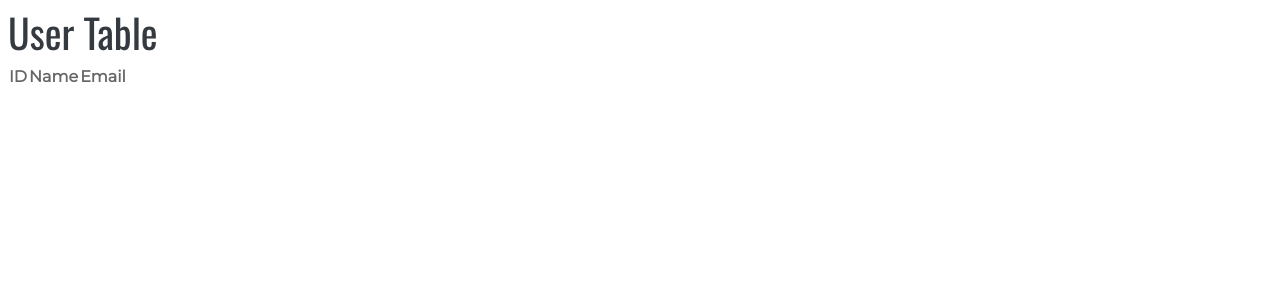
Repository: Arouja/frontgym
Page: /users
The author's editor kept a copy of each file at every save. The page is drawn from the files as they stood at one save, then again after the next save.
The browser window is 1280 px wide. The pictures show the whole page.
The page's requests for data from a server got no answer. Some web libraries are served in a nearby version. The project was rebuilt for these pictures with package versions that can differ from the ones it lists, and the page was loaded fresh each time. No one was signed in, and anything a server would have sent is missing. Also part of the build but not shown: src/App.css, src/actions/authActions.js, src/Components/navbar/CustomNavbar.jsx, src/Components/footer/footer.jsx, src/Components/about/About.jsx, src/Components/classes/Classes.jsx, src/Components/home/Home.jsx, src/Components/feature/Feature.jsx and 10 more.

Above is the page before, as saved 2023-10-11 00:23:46.

### public/index.html
<!DOCTYPE html>
<html lang="en">
  <head>
    <meta charset="utf-8" />
    <link rel="icon" href="%PUBLIC_URL%/favicon.ico" />
    <meta name="viewport" content="width=device-width, initial-scale=1" />
    <meta name="theme-color" content="#000000" />
    <meta
      name="description"
      content="Web site created using create-react-app"
    />
    <link href="https://cdn.jsdelivr.net/npm/bootstrap@5.0.2/dist/css/bootstrap.min.css" rel="stylesheet">
    <link href="https://cdnjs.cloudflare.com/ajax/libs/font-awesome/5.13.0/css/all.min.css" rel="stylesheet">
    <link rel="apple-touch-icon" href="%PUBLIC_URL%/logo192.png" />
    <!--
      manifest.json provides metadata used when your web app is installed on a
      user's mobile device or desktop. See https://developers.google.com/web/fundamentals/web-app-manifest/
    -->
    <link rel="manifest" href="%PUBLIC_URL%/manifest.json" />
    <!--
      Notice the use of %PUBLIC_URL% in the tags above.
      It will be replaced with the URL of the `public` folder during the build.
      Only files inside the `public` folder can be referenced from the HTML.

      Unlike "/favicon.ico" or "favicon.ico", "%PUBLIC_URL%/favicon.ico" will
      work correctly both with client-side routing and a non-root public URL.
      Learn how to configure a non-root public URL by running `npm run build`.
    -->
    <title>React App</title>

     <!-- Favicon -->
     <link href="img/favicon.ico" rel="icon">

     <!-- Font Awesome -->
     <link href="https://cdnjs.cloudflare.com/ajax/libs/font-awesome/5.10.0/css/all.min.css" rel="stylesheet">

     <!-- Flaticon Font -->
     <link href="lib/flaticon/font/flaticon.css" rel="stylesheet">

     <!-- Customized Bootstrap Stylesheet -->
     <link href="css/style.min.css" rel="stylesheet">






  </head>


  <body>
    <noscript>You need to enable JavaScript to run this app.</noscript>
    <div id="root"></div>
    <!--
      This HTML file is a template.
      If you open it directly in the browser, you will see an empty page.

      You can add webfonts, meta tags, or analytics to this file.
      The build step will place the bundled scripts into the <body> tag.

      To begin the development, run `npm start` or `yarn start`.
      To create a production bundle, use `npm run build` or `yarn build`.
    -->

    <!-- JavaScript Libraries -->
    <script src="https://code.jquery.com/jquery-3.4.1.min.js"></script>
    <script src="https://stackpath.bootstrapcdn.com/bootstrap/4.4.1/js/bootstrap.bundle.min.js"></script>
    <script src="lib/easing/easing.min.js"></script>
    <script src="lib/waypoints/waypoints.min.js"></script>

    <!-- Contact Javascript File -->
    <script src="mail/jqBootstrapValidation.min.js"></script>
    <script src="mail/contact.js"></script>

    <!-- Template Javascript -->
    <script src="js/main.js"></script>
    <script src="https://cdn.jsdelivr.net/npm/@popperjs/core@2.9.2/dist/umd/popper.min.js"></script>
    <script src="https://cdn.jsdelivr.net/npm/bootstrap@5.0.2/dist/js/bootstrap.min.js"></script>
    <script src="https://cdn.jsdelivr.net/npm/bootstrap@5.0.2/dist/js/bootstrap.bundle.min.js"></script>
    <script src="https://use.fontawesome.com/f59bcd8580.js"></script>
    <script src="https://cdn.jsdelivr.net/npm/@popperjs/core@2.9.2/dist/umd/popper.min.js"></script>
    <script src="https://cdn.jsdelivr.net/npm/bootstrap@5.0.2/dist/js/bootstrap.min.js"></script>
    <script src="https://cdn.jsdelivr.net/npm/bootstrap@5.0.2/dist/js/bootstrap.bundle.min.js"></script>

  </body>


</html>

### src/index.js
import React from 'react';
import ReactDOM from 'react-dom';
import { Provider } from 'react-redux';
import store from './store';
import App from './App';

ReactDOM.render(
  <Provider store={store}>
    <App />
  </Provider>,
  document.getElementById('root')
);

### src/store.js
import { createStore, applyMiddleware, combineReducers } from 'redux';
import thunk from 'redux-thunk';
import authReducer from './reducers/authReducer';

const rootReducer = combineReducers({
  auth: authReducer,
});

const store = createStore(rootReducer, applyMiddleware(thunk));

export default store;

### src/App.js
// import logo from './logo.svg';
import './App.css';
import { BrowserRouter, Routes, Route } from 'react-router-dom'; // Import BrowserRouter and Route directly

import About from './Components/about/About';
import Classes from './Components/classes/Classes';
import Home from './Components/home/Home';
import Feature from './Components/feature/Feature';
import Contact from './Components/contact/Contact';
import Login from './Components/login/Login';
import Profile from './Components/profile/profile';
import Signup from './Components/signup/Signup';
import Listcustomer from './Components/customer/Listcustomer';
import Activation from './Components/activation/Activation';
import Bmi from './Components/metrics/bmi';
import Orm from './Components/metrics/orm';
import Lbm from './Components/metrics/lbm';
import Users from './users/users';

function App() {
  return (
    <BrowserRouter> {/* Use BrowserRouter here */}
      {/* <CustomNavbar /> */}
      <Routes>
      <Route path="/" element={<Home />} />
        <Route path="/about" element={<About />} /> {/* Use Route inside Routes */}
        <Route path="/classes" element={<Classes />} />
        <Route path="/feature" element={<Feature />} />
        <Route path="/contact" element={<Contact />} />
        <Route path="/login" element={<Login />} />
        <Route path="/profile" element={<Profile />} />
        <Route path="/signup" element={<Signup />} />
        <Route path="/customer" element={<Listcustomer />} />
        <Route path="/bmi" element={<Bmi />} />
        <Route path="/orm" element={<Orm />} />
        <Route path="/lbm" element={<Lbm />} />
        <Route path="/users" element={<Users />} />
        <Route path="/activate/activate?token=:token" element={<Activation />} /> {/* Add the Activation route */}


        {/* <Route path="/home" element={<Home />} /> Use Route inside Routes */}

      </Routes>
      {/* <Footer /> */}
    </BrowserRouter>
  );
}

export default App;

### src/reducers/authReducer.js
import { LOGIN_SUCCESS, LOGOUT_SUCCESS, REGISTER_SUCCESS } from '../actions/types';

const initialState = {
  token: localStorage.getItem('token'),
};

const authReducer = (state = initialState, action) => {
  switch (action.type) {
    case LOGIN_SUCCESS:
    case REGISTER_SUCCESS:
      localStorage.setItem('token', action.payload);
      return {
        ...state,
        token: action.payload,
      };
    case LOGOUT_SUCCESS:
      localStorage.removeItem('token');
      return {
        ...state,
        token: null,
      };
    default:
      return state;
  }
};

export default authReducer;

### src/users/users.js
import React, { useState, useEffect } from 'react';
import axios from 'axios';

function Users() {
  const [users, setUsers] = useState([]);

  useEffect(() => {
    // Fetch users from your API
    axios.get('http://localhost:8089/api/v1/users/all')
      .then(response => {
        setUsers(response.data);
      })
      .catch(error => {
        console.error('Error fetching users:', error);
      });
  }, []);

  const columns = React.useMemo(
    () => [
      // Define your columns here based on the user data structure
      // For example, if each user has 'id', 'name', and 'email' fields:
      { Header: 'ID', accessor: 'id' },
      { Header: 'Name', accessor: 'name' },
      { Header: 'Email', accessor: 'email' },
    ],
    []
  );

  return (
    <div className="p-2">
      <h1>User Table</h1>
      <table>
        <thead>
          <tr>
            {columns.map(column => (
              <th key={column.accessor}>{column.Header}</th>
            ))}
          </tr>
        </thead>
        <tbody>
          {users.map(user => (
            <tr key={user.id}>
              {columns.map(column => (
                <td key={column.accessor}>{user[column.accessor]}</td>
              ))}
            </tr>
          ))}
        </tbody>
      </table>
    </div>
  );
}

export default Users;

### src/actions/types.js
export const LOGIN_SUCCESS = 'LOGIN_SUCCESS';
export const LOGOUT_SUCCESS = 'LOGOUT_SUCCESS';
export const REGISTER_SUCCESS = 'REGISTER_SUCCESS';

### public/mail/contact.js
$(function () {

    $("#contactForm input, #contactForm textarea").jqBootstrapValidation({
        preventSubmit: true,
        submitError: function ($form, event, errors) {
        },
        submitSuccess: function ($form, event) {
            event.preventDefault();
            var name = $("input#name").val();
            var email = $("input#email").val();
            var subject = $("input#subject").val();
            var message = $("textarea#message").val();

            $this = $("#sendMessageButton");
            $this.prop("disabled", true);

            $.ajax({
                url: "contact.php",
                type: "POST",
                data: {
                    name: name,
                    email: email,
                    subject: subject,
                    message: message
                },
                cache: false,
                success: function () {
                    $('#success').html("<div class='alert alert-success'>");
                    $('#success > .alert-success').html("<button type='button' class='close' data-dismiss='alert' aria-hidden='true'>&times;")
                            .append("</button>");
                    $('#success > .alert-success')
                            .append("<strong>Your message has been sent. </strong>");
                    $('#success > .alert-success')
                            .append('</div>');
                    $('#contactForm').trigger("reset");
                },
                error: function () {
                    $('#success').html("<div class='alert alert-danger'>");
                    $('#success > .alert-danger').html("<button type='button' class='close' data-dismiss='alert' aria-hidden='true'>&times;")
                            .append("</button>");
                    $('#success > .alert-danger').append($("<strong>").text("Sorry " + name + ", it seems that our mail server is not responding. Please try again later!"));
                    $('#success > .alert-danger').append('</div>');
                    $('#contactForm').trigger("reset");
                },
                complete: function () {
                    setTimeout(function () {
                        $this.prop("disabled", false);
                    }, 1000);
                }
            });
        },
        filter: function () {
            return $(this).is(":visible");
        },
    });

    $("a[data-toggle=\"tab\"]").click(function (e) {
        e.preventDefault();
        $(this).tab("show");
    });
});

$('#name').focus(function () {
    $('#success').html('');
});

### public/js/main.js
(function ($) {
    "use strict";

    // Dropdown on mouse hover
    $(document).ready(function () {
        function toggleNavbarMethod() {
            if ($(window).width() > 992) {
                $('.navbar .dropdown').on('mouseover', function () {
                    $('.dropdown-toggle', this).trigger('click');
                }).on('mouseout', function () {
                    $('.dropdown-toggle', this).trigger('click').blur();
                });
            } else {
                $('.navbar .dropdown').off('mouseover').off('mouseout');
            }
        }
        toggleNavbarMethod();
        $(window).resize(toggleNavbarMethod);
    });


    // Back to top button
    $(window).scroll(function () {
        if ($(this).scrollTop() > 100) {
            $('.back-to-top').fadeIn('slow');
        } else {
            $('.back-to-top').fadeOut('slow');
        }
    });
    $('.back-to-top').click(function () {
        $('html, body').animate({scrollTop: 0}, 1500, 'easeInOutExpo');
        return false;
    });
})(jQuery);

Loaded but not shown: public/lib/flaticon/font/flaticon.css (common file); public/css/style.min.css (library); public/lib/easing/easing.min.js (common file); public/lib/waypoints/waypoints.min.js (library); public/mail/jqBootstrapValidation.min.js (library)

After the next save:
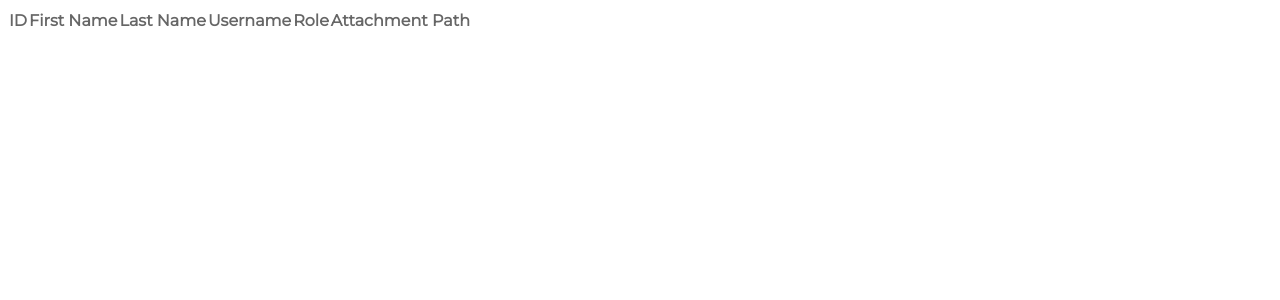
Saved 5 min 15 s later.
--- a/src/users/users.js
+++ b/src/users/users.js
@@ -1,48 +1,38 @@
 import React, { useState, useEffect } from 'react';
-import axios from 'axios';
 
 function Users() {
   const [users, setUsers] = useState([]);
 
   useEffect(() => {
-    // Fetch users from your API
-    axios.get('http://localhost:8089/api/v1/users/all')
-      .then(response => {
-        setUsers(response.data);
-      })
-      .catch(error => {
-        console.error('Error fetching users:', error);
-      });
+    // Fetch data from backend
+    fetch('http://localhost:8089/api/v1/users/all-users')
+      .then(response => response.json())
+      .then(data => setUsers(data))
+      .catch(error => console.error('Error fetching data:', error));
   }, []);
-
-  const columns = React.useMemo(
-    () => [
-      // Define your columns here based on the user data structure
-      // For example, if each user has 'id', 'name', and 'email' fields:
-      { Header: 'ID', accessor: 'id' },
-      { Header: 'Name', accessor: 'name' },
-      { Header: 'Email', accessor: 'email' },
-    ],
-    []
-  );
 
   return (
     <div className="p-2">
-      <h1>User Table</h1>
       <table>
         <thead>
           <tr>
-            {columns.map(column => (
-              <th key={column.accessor}>{column.Header}</th>
-            ))}
+            <th>ID</th>
+            <th>First Name</th>
+            <th>Last Name</th>
+            <th>Username</th>
+            <th>Role</th>
+            <th>Attachment Path</th>
           </tr>
         </thead>
         <tbody>
           {users.map(user => (
             <tr key={user.id}>
-              {columns.map(column => (
-                <td key={column.accessor}>{user[column.accessor]}</td>
-              ))}
+              <td>{user.id}</td>
+              <td>{user.firstName}</td>
+              <td>{user.lastName}</td>
+              <td>{user.username}</td>
+              <td>{user.role}</td>
+              <td>{user.attachmentPath}</td>
             </tr>
           ))}
         </tbody>
